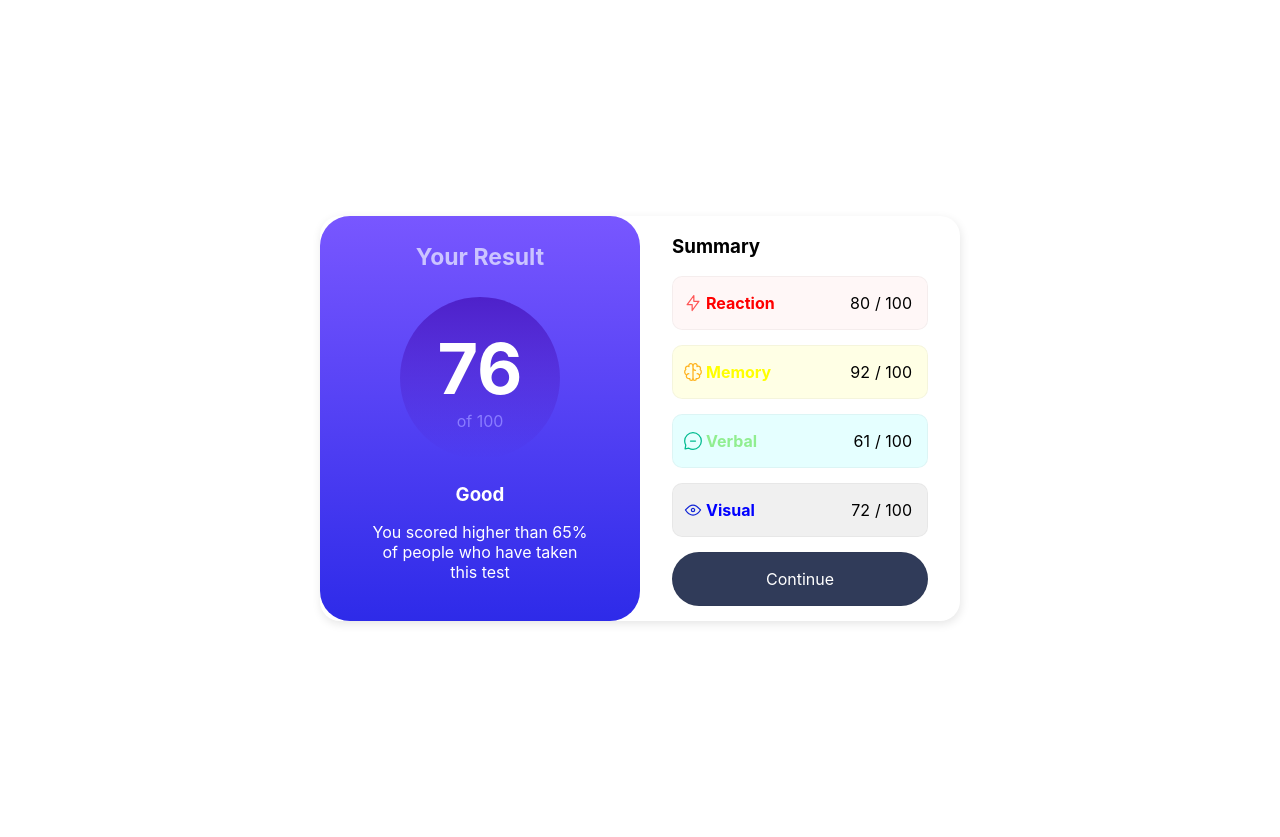
Repository: JeanPaulBassil/Result-Summary-Design
Page: /
These files come from the project's save history. The page is drawn as it stood at one moment and after the next save; the edit follows.
The browser window is 1280 px wide. The pictures show the whole page.
The project was rebuilt for these pictures with package versions that can differ from the ones it lists, and the page was loaded fresh each time.

Above is the page before, as saved 2023-02-24 18:30:24.

### src/index.css
body {
  margin: 0;
  font-family: -apple-system, BlinkMacSystemFont, 'Segoe UI', 'Roboto', 'Oxygen',
    'Ubuntu', 'Cantarell', 'Fira Sans', 'Droid Sans', 'Helvetica Neue',
    sans-serif;
  -webkit-font-smoothing: antialiased;
  -moz-osx-font-smoothing: grayscale;
}

code {
  font-family: source-code-pro, Menlo, Monaco, Consolas, 'Courier New',
    monospace;
}

.app{
  width: 50vw;
  /* height: 100vh; */
  box-shadow: 1px 3px 10px rgba(0, 0, 0, .1);
  border-radius: 20px;
  display: block;
  margin: 30vh auto;
  display: grid;
  grid-template-columns: minmax(250px, 1fr) minmax(250px, 1fr);
  min-height: auto;
}

@media (max-width: 1125){

}

### src/App.js
import Result from "./Components/Result/Result"
import Summary from "./Components/Summary/Summary"

export default function App() {
    return (
        <div className="app">
            <Result />
            <Summary />
        </div>
    )
};

### src/Components/Result/Result.js
import Description from "../Description/Description";
import Grade from "../Grade/Grade";
import data from "../../data.json";
import "./Result.css"

export default function Result() {
    const score = Math.floor(data.reduce((totalGrade, category) => totalGrade + category.score , 0) / data.length)

    return (
        <div className="result">
            <h3>Your Result</h3>
            <Grade score={score}/>
            <Description score={score}/>
        </div>
    )
};

### src/Components/Summary/Summary.js
import data from "../../data.json"
import './Summary.css'

export default function Summary() {
    const summary = data.map(part => {
        return (
            <div className={`part ${part.color}`}>
                <div>
                    <img className="icon" src={part.icon} alt={part.category}/>
                    <h4>{part.category}</h4>
                </div>
                <div className="secGrade">
                    <p>{part.score}</p>
                    <p>/ 100</p>
                </div>
            </div>
        )
    })

    return (
        <div className="summary">
            <h3>Summary</h3>
            <div>
                {summary}
            </div>
            <div className="button">
                <p>Continue</p>
            </div>
        </div>
    )
};

### src/Components/Description/Description.js
import "./Description.css"

export default function Description({score}) {
    const performance = _ => {
        if (score >= 90) return ['Excellent', `You scored higher than 85% of people who have taken this test`]
        else if (score >= 80) return ['Great', `You scored higher than 75% of people who have taken this test`]
        else if (score >= 70) return ['Good', `You scored higher than 65% of people who have taken this test`]
        else if (score >= 60) return ['Not enough', `You're above nearly half the people who have taken this test`]
        else return ['Fail', `Most people who have taken this test passed over you`]
    }

    return (
        <div className="description">
            <h3>{performance()[0]}</h3>
            <p>{performance()[1]}</p>
        </div>
    )
};

### src/Components/Grade/Grade.js
import "./Grade.css"

export default function Grade({score}) {
    return (
        <div className="grade">
            <h1>{score}</h1>
            <p>of 100</p>
        </div>
    )
};

### src/data.json


[
  {
    "category": "Reaction",
    "score": 80,
    "icon": "./assets/images/icon-reaction.svg",
    "color": "red"
  },
  {
    "category": "Memory",
    "score": 92,
    "icon": "./assets/images/icon-memory.svg",
    "color": "yellow"
  },
  {
    "category": "Verbal",
    "score": 61,
    "icon": "./assets/images/icon-verbal.svg",
    "color": "green"
  },
  {
    "category": "Visual",
    "score": 72,
    "icon": "./assets/images/icon-visual.svg",
    "color": "blue"
  }
]

### src/Components/Result/Result.css
.result {
    display: grid;
    grid-template-rows: 1fr 2fr 2fr;
    align-items: center;
    justify-items: center;
    height: 100%;
    width: 100%;
    background-image: linear-gradient(to bottom,hsl(252, 100%, 67%), hsl(241, 81%, 54%));
    border-radius: 30px;
    color: white;
}

.result > h3 {
    font-size: 23px;
    color: #cbc4ff;
}

### src/Components/Summary/Summary.css
.part {
    display: flex;
    justify-content: space-between;
    border: 1px solid rgba(0, 0, 0, .04);
    margin-bottom: 15px;
    border-radius: 10px;
    padding: 0 10px;
}

.button {
    display: flex;
    justify-content: center;
    border: 1px solid rgba(0, 0, 0, .04);
    margin-bottom: 15px;
    border-radius: 50px;
    padding: 0 10px;
    background-color: #303b59;
    color: white

}

.button:hover {
    cursor: pointer;
}

.icon {
    margin-right: 3px
}

.summary {
    padding: 0 2rem;
    display: flex;
    flex-direction: column;
    justify-content: center;
}

.summary > h3 {
    align-self: flex-start;
}

.part > div {
    display: flex;
    align-items: center;
    justify-content: center;
}

.secGrade > p {
    /* display: inline; */
    margin-right: 5px;
}

.red {
    background-color: rgba(255, 0, 0, 0.03);
}

.red > div > h4 {
    margin: 0;
    color: red;
}

.yellow {
    background-color: rgba(255, 255, 0, 0.1);
}

.yellow > div > h4 {
    margin: 0;
    color: yellow;
}

.green {
    background-color: rgba(0, 255, 255, 0.1);
}

.green > div > h4 {
    margin: 0;
    color: lightgreen;
}

.blue {
    background-color: rgba(0, 0, 0, 0.06);
}

.blue > div > h4 {
    margin: 0;
    color: blue;
}

### src/Components/Description/Description.css
.description {
    display: flex;
    flex-direction: column;
    align-items: center;
    justify-content: center;
}

.description > p{
    inline-size: 220px;
    text-align: center;
}

.description > h3 {
    margin: 0;
}

### src/Components/Grade/Grade.css
.grade {
    display: flex;
    flex-direction: column;
    justify-content: center;
    align-items: center;
    background-image: linear-gradient(to bottom, hsla(256, 72%, 46%, 1), hsla(241, 72%, 46%, 0));
    border-radius: 50%;
    inline-size: 50%;
    block-size: 100%;
}

.grade > h1 {
    margin: 0;
    font-size: 70px;
}

.grade > p {
    margin: 0;
    color: #8a7cff;
}

Loaded but not shown: public/index.html (common file); src/index.js (common file)

After the next save:
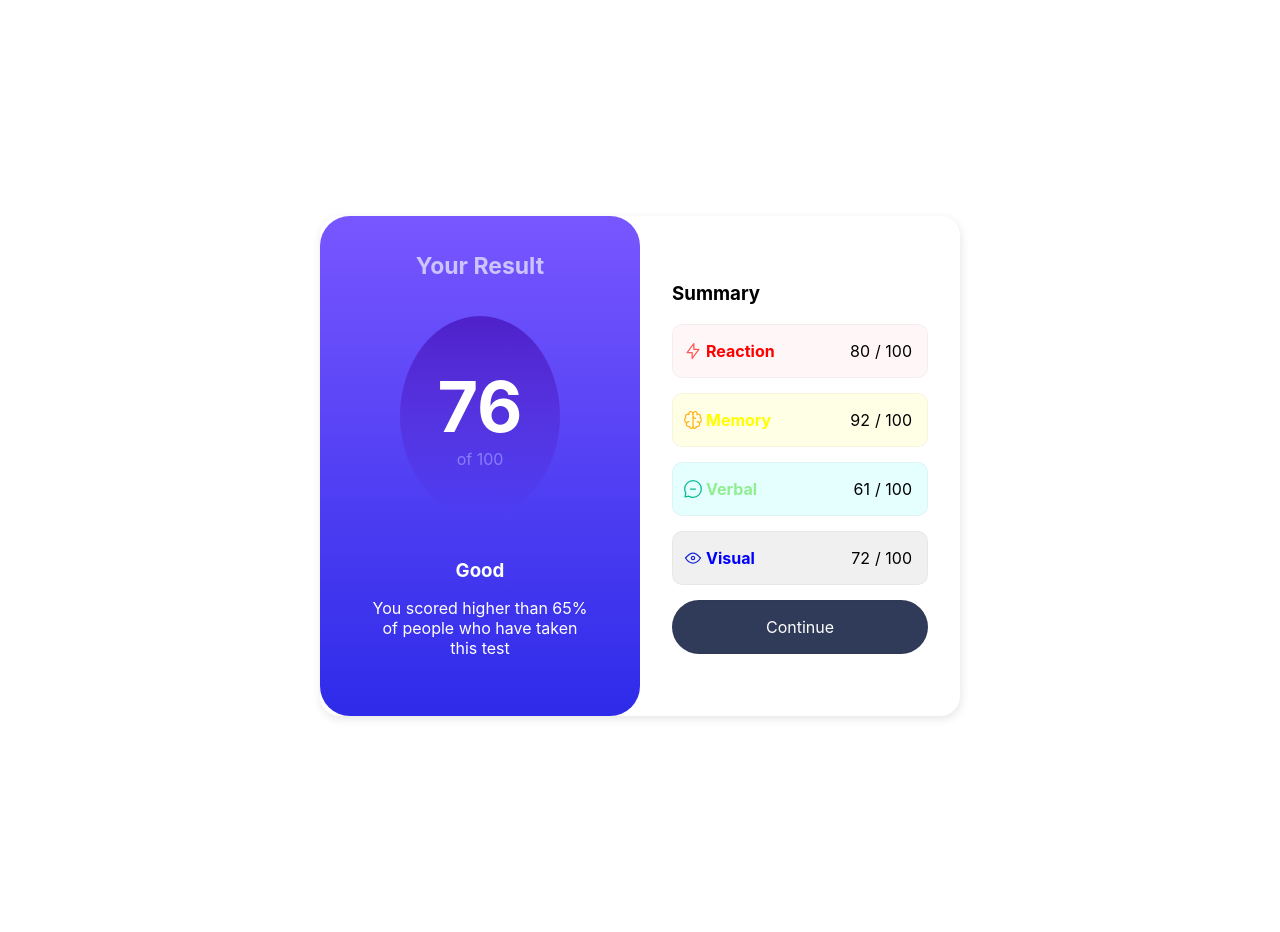
Saved 4 s later.
--- a/src/index.css
+++ b/src/index.css
@@ -21,7 +21,7 @@ code {
   margin: 30vh auto;
   display: grid;
   grid-template-columns: minmax(250px, 1fr) minmax(250px, 1fr);
-  min-height: auto;
+  min-height: 500px;
 }
 
 @media (max-width: 1125){
